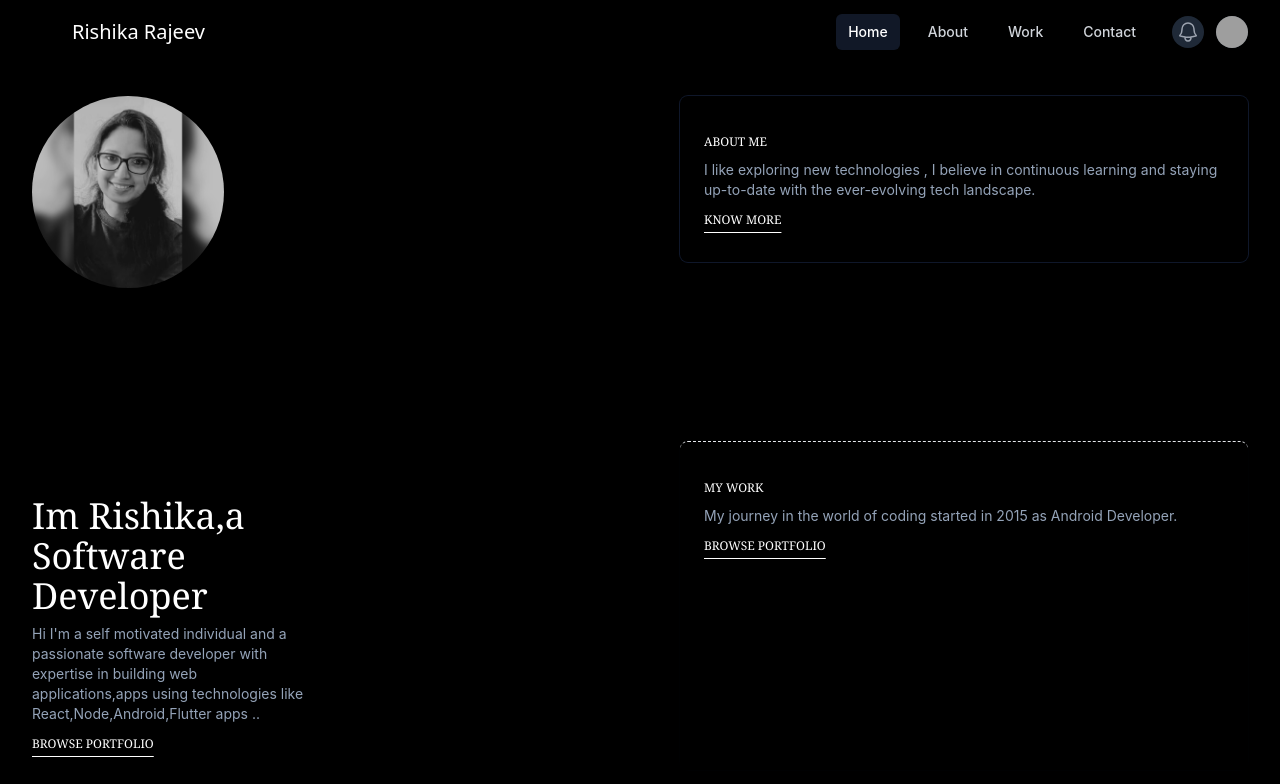
Repository: rishikarajeev/portfolio_rishika
Page: /
The author's editor kept a copy of each file at every save. The page is drawn from the files as they stood at one save, then again after the next save.
The browser window is 1280 px wide. The pictures show the whole page.
Pictures or frames that could not be fetched are drawn as grey boxes. The project was rebuilt for these pictures with package versions that can differ from the ones it lists, and the page was loaded fresh each time. Also part of the build but not shown: src/Pages/About.jsx, src/Pages/Contact.jsx, src/Components/Work.jsx, src/Components/Project.jsx, src/Pages/Mywork.jsx.

Above is the page before, as saved 2023-10-23 18:36:30.

After the next save:
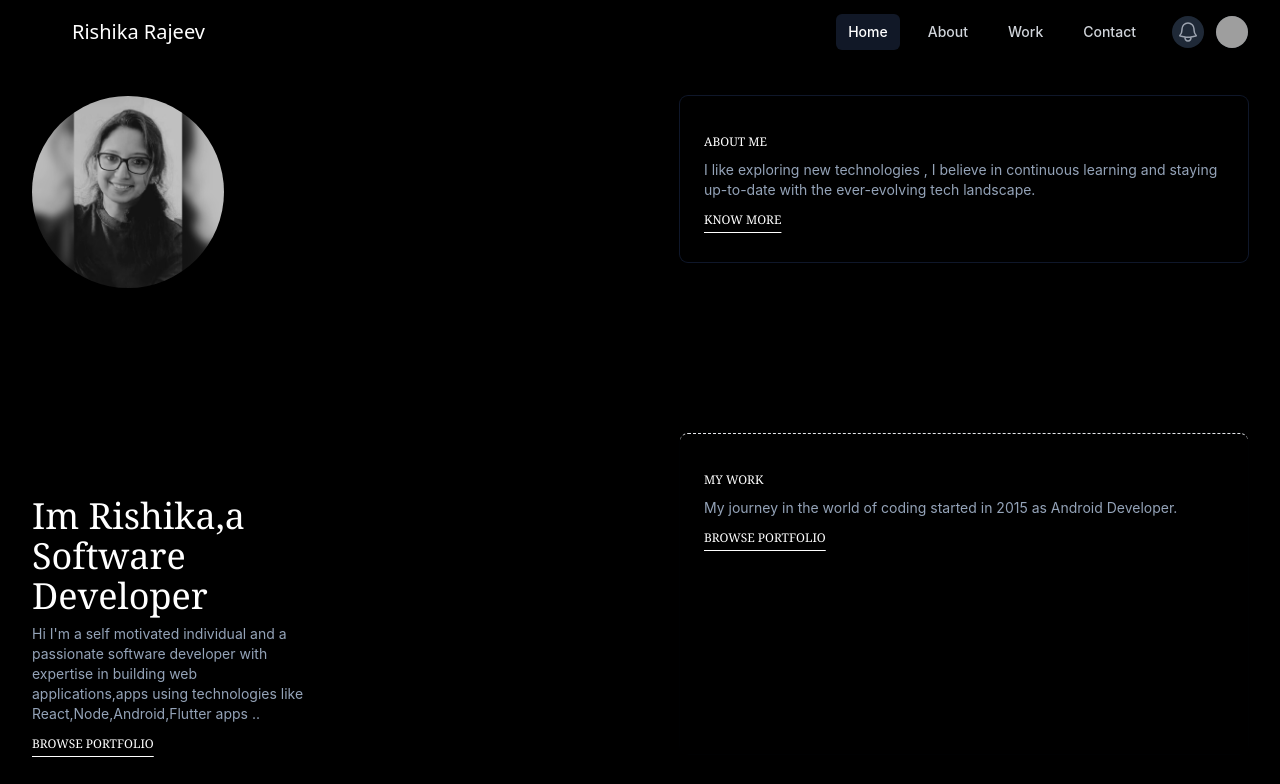
Saved 22 s later.
--- a/src/Pages/Home.jsx
+++ b/src/Pages/Home.jsx
@@ -10,7 +10,7 @@
     <Nav />
     <div class="grid grid-cols-1 md:grid-cols-2 h-screen dark md:bg-black gap-4  ">
       <div class="grid grid-cols-2 justify-center items-center m-8 ">
-        <div class="dark:bg-black rounded-lg   mb-4 shadow-xl  ">
+        <div class="dark:bg-black rounded-lg    shadow-xl  ">
           <div class=" md:grid md:grid-rows-2 md:gap-4">
             <div class="">
               <img

After the save that followed:
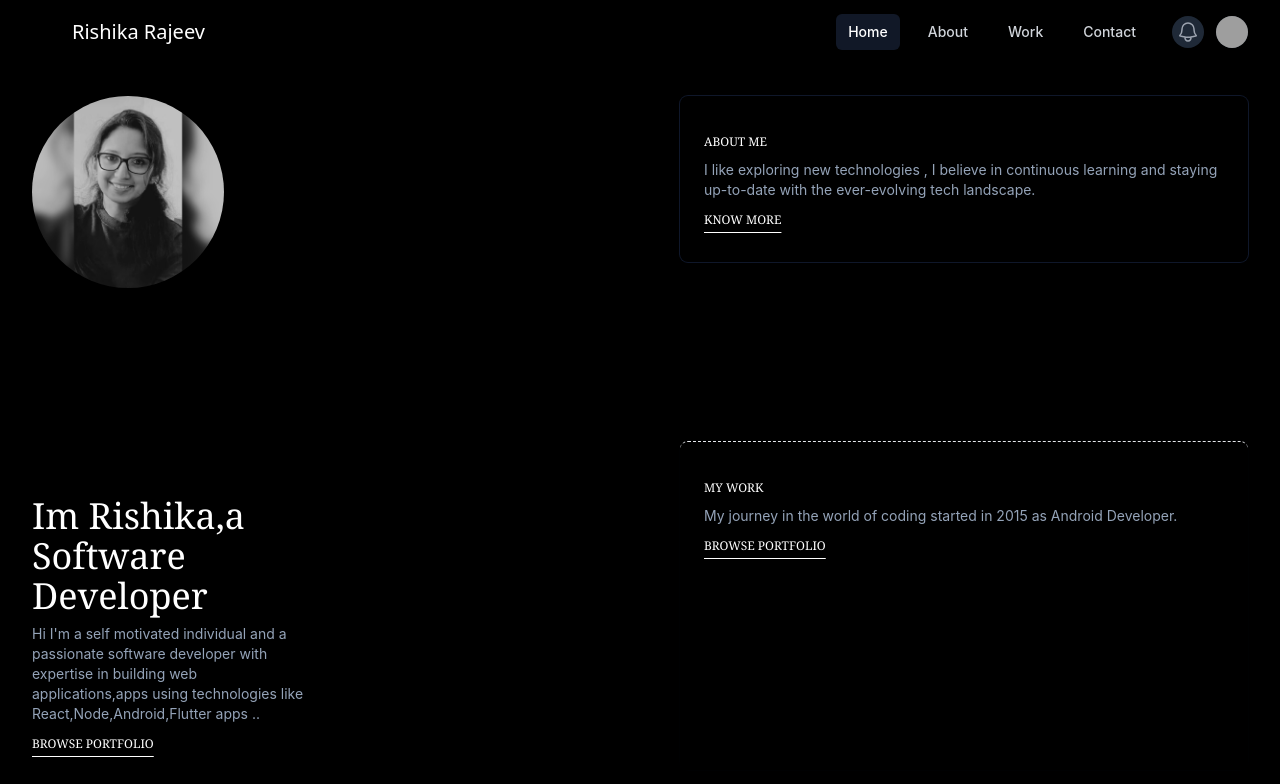
Saved 10 s later.
--- a/src/Pages/Home.jsx
+++ b/src/Pages/Home.jsx
@@ -10,7 +10,7 @@
     <Nav />
     <div class="grid grid-cols-1 md:grid-cols-2 h-screen dark md:bg-black gap-4  ">
       <div class="grid grid-cols-2 justify-center items-center m-8 ">
-        <div class="dark:bg-black rounded-lg    shadow-xl  ">
+        <div class="dark:bg-black rounded-lg   mb-4 shadow-xl  ">
           <div class=" md:grid md:grid-rows-2 md:gap-4">
             <div class="">
               <img
